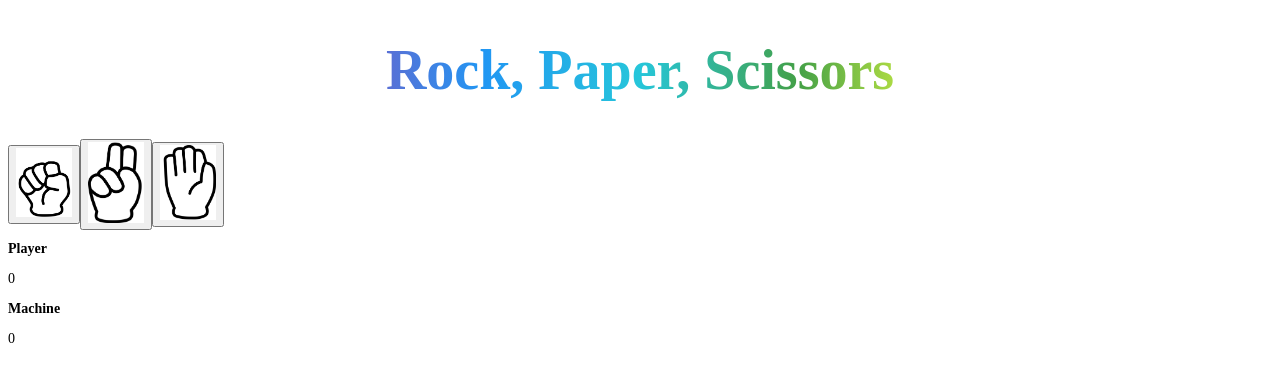
Repository: dung8466/RPS
Page: index.html
These files come from the project's save history. The page is drawn as it stood at one moment and after the next save; the edit follows.
The browser window is 1280 px wide. The pictures show the whole page.

Above is the page before, as saved 2022-07-01 19:17:07.

After the next save:
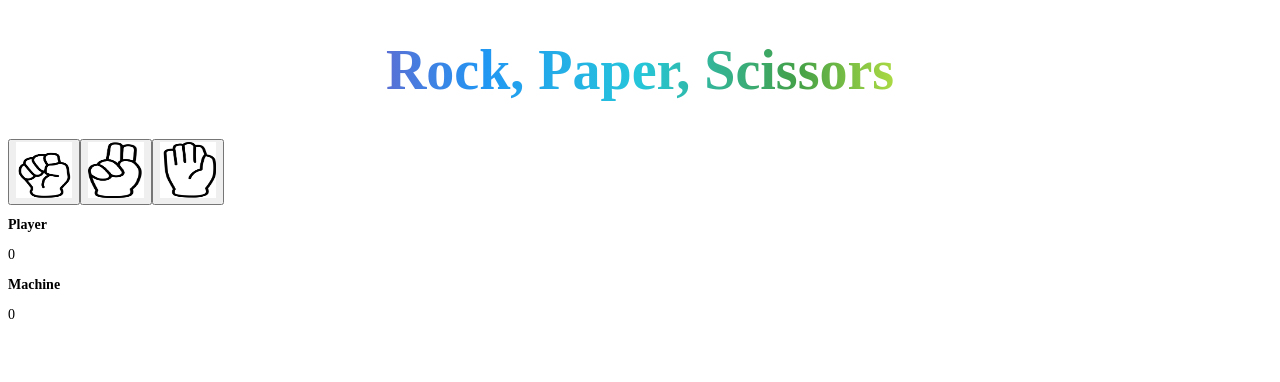
Saved 51 s later.
--- a/style.css
+++ b/style.css
@@ -27,7 +27,7 @@ img{
     align-content: center;
 }
 .player button img{
-    height: auto;
+    height: 4em;
     width: 4em;
     background-color: aliceblue;
 }
